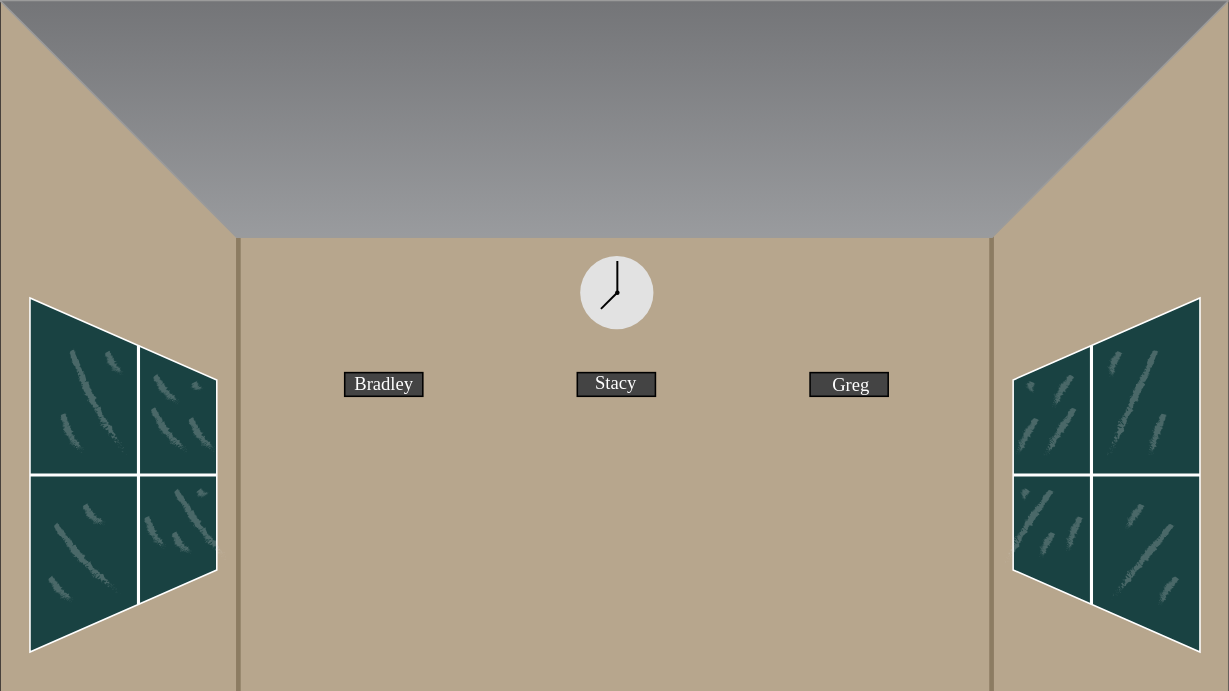
Repository: dnguyen130/HelpAHomieV3
Page: index.html
An editor plug-in stored every save of this project. The page is shown before and after a run of saves, followed by the edit.
The browser window is 1280 px wide. The pictures show the whole page, at 96% of full size.

Above is the page before, as saved 2021-03-09 19:52:02.

After the next 2 saves:
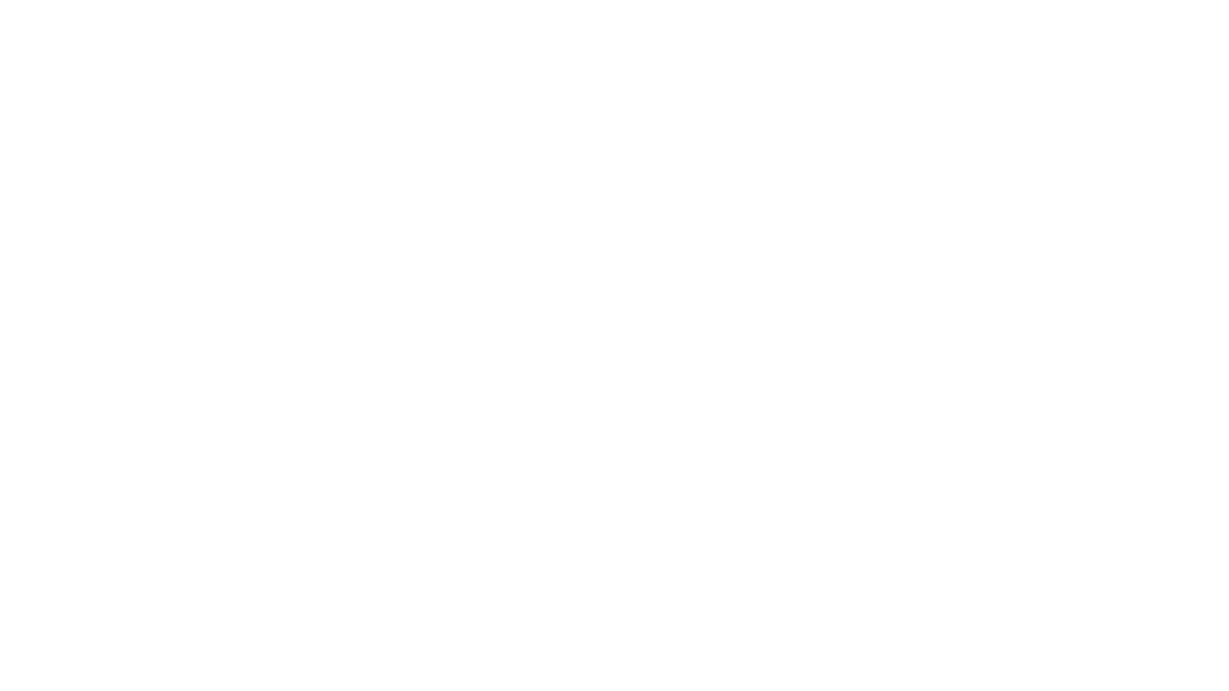
Console error: TypeError: Cannot read properties of null (reading 'innerHTML')
The 2 saves are shown as one change because they came seconds apart.
The last was saved 20 s later.
--- a/index.html
+++ b/index.html
@@ -8,8 +8,7 @@
     <title>Document</title>
 </head>
 <body>
-    <div id="main">
-        <div class="container"></div>
+    <div class="main">
     </div>
 
     <script src="./comps/Background/index.js"></script>

After the save that followed:
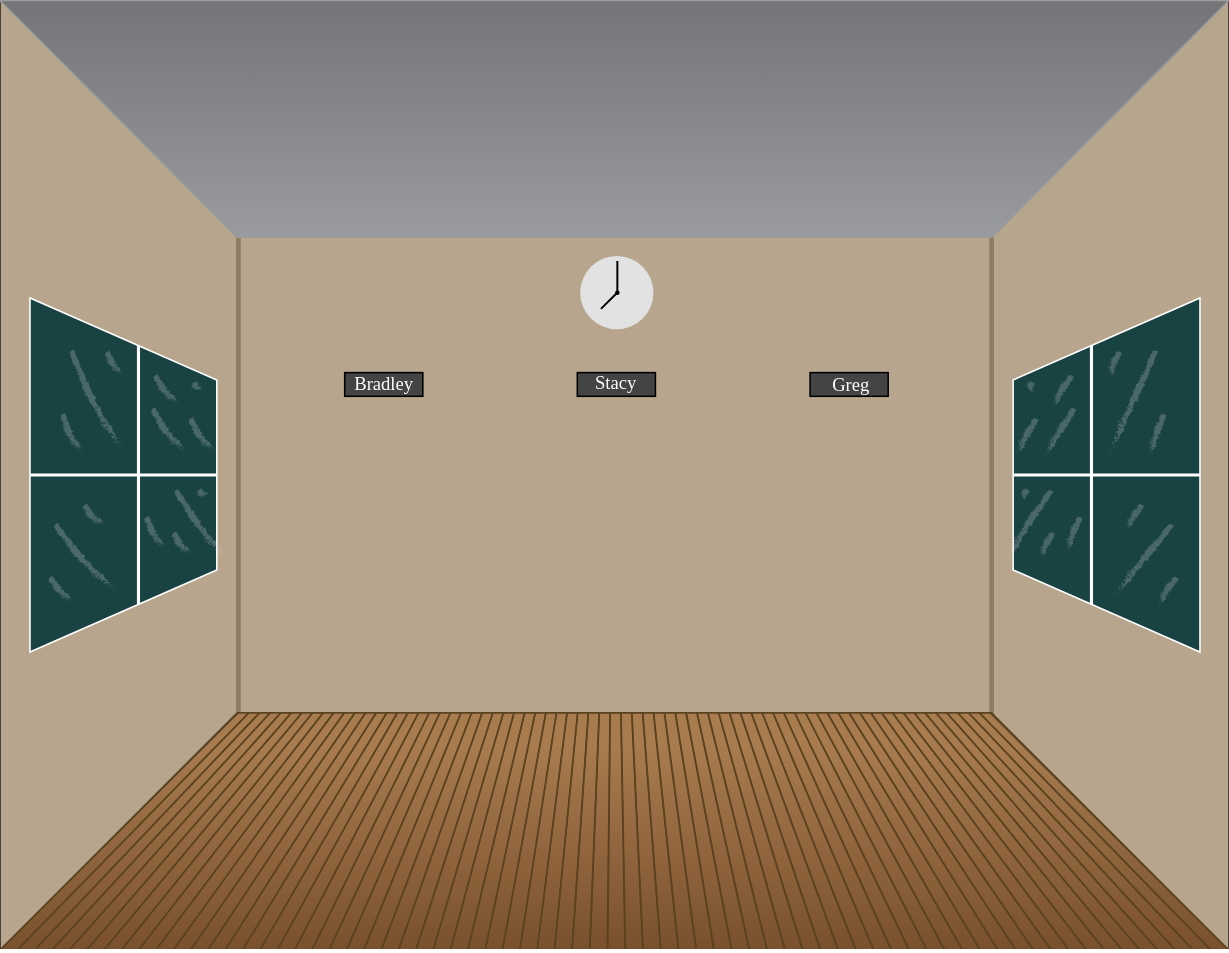
The error is gone.
Saved 5 s later.
--- a/workflow.js
+++ b/workflow.js
@@ -1 +1 @@
-document.querySelector(".container").innerHTML += BackgroundUI();
+document.querySelector(".main").innerHTML += BackgroundUI();
